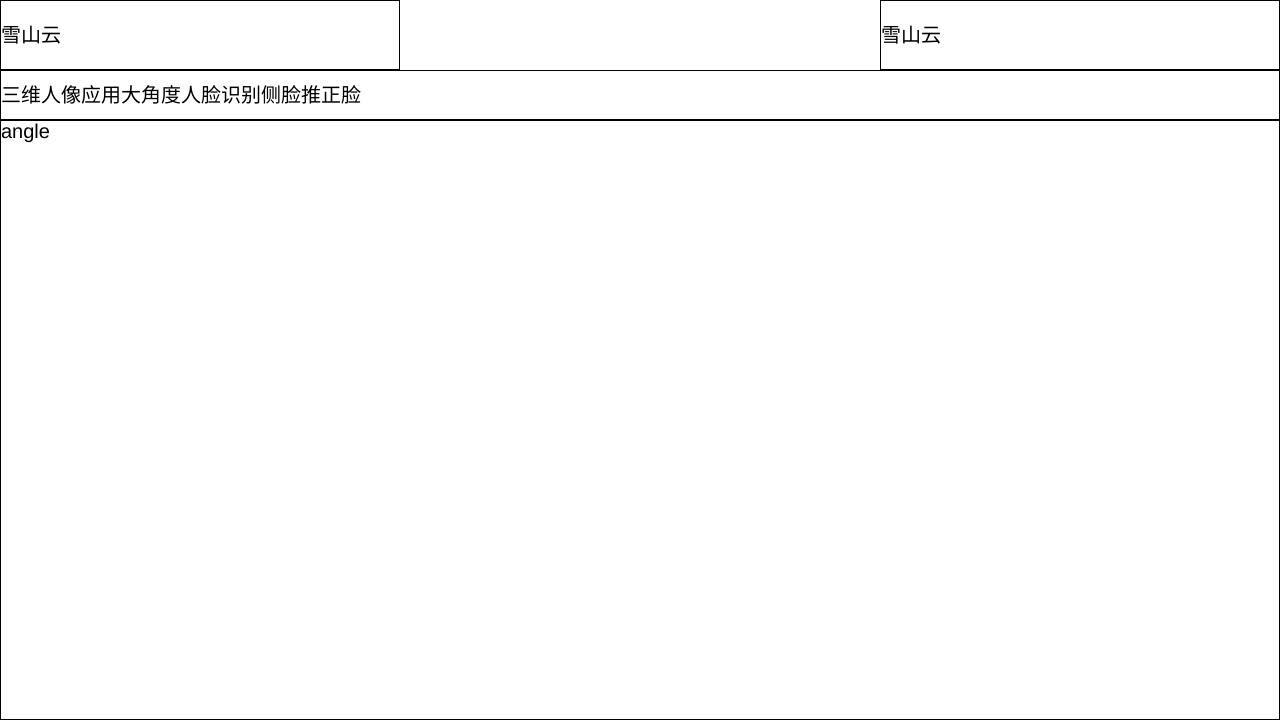
Repository: fyt2020/pubilcDemlo
Page: /
The author's editor kept a copy of each file at every save. The page is drawn from the files as they stood at one save, then again after the next save.
The browser window is 1280 px wide. The pictures show the whole page.
The project was rebuilt for these pictures with package versions that can differ from the ones it lists, and the page was loaded fresh each time.

Above is the page before, as saved 2020-04-27 11:56:52.

After the next save:
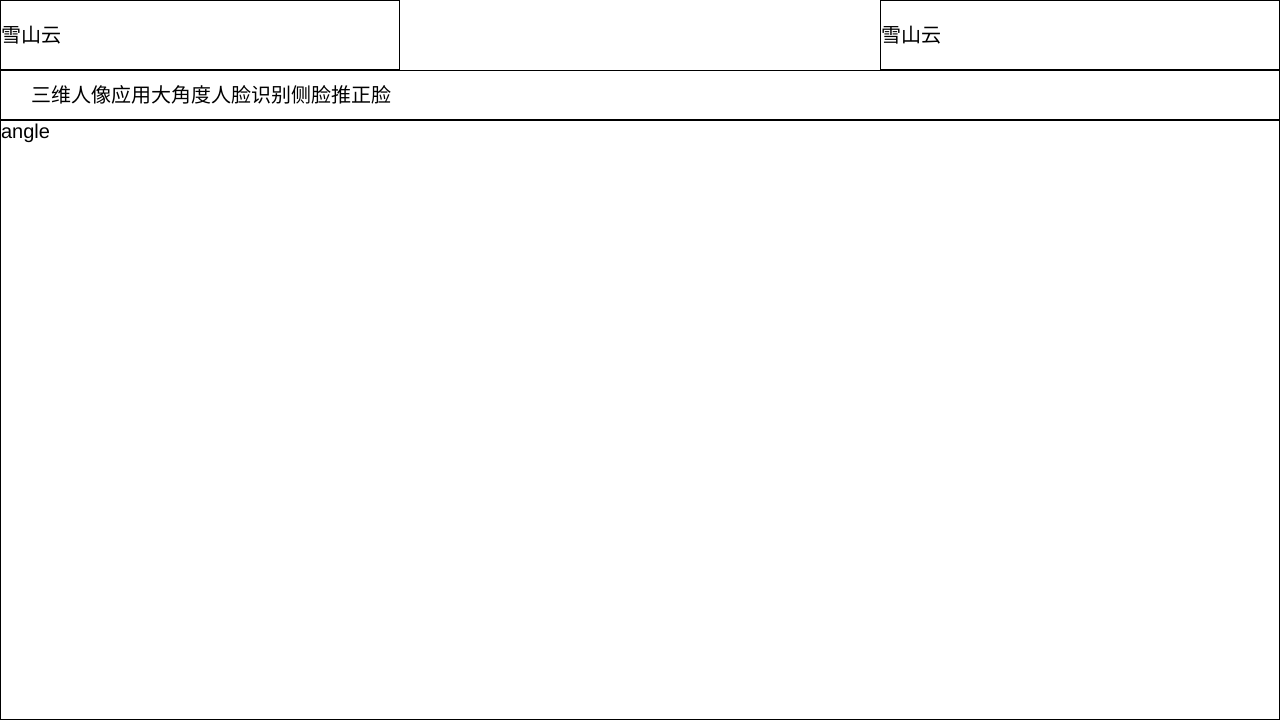
Saved 23 s later.
--- a/src/assets/css/home.scss
+++ b/src/assets/css/home.scss
@@ -32,6 +32,8 @@
         border: 1px solid black;
         display: flex;
         align-items: center;
+        box-sizing: border-box;
+        padding: 0 30px;
     }
     .content{
         height: calc(100% - 120px);
